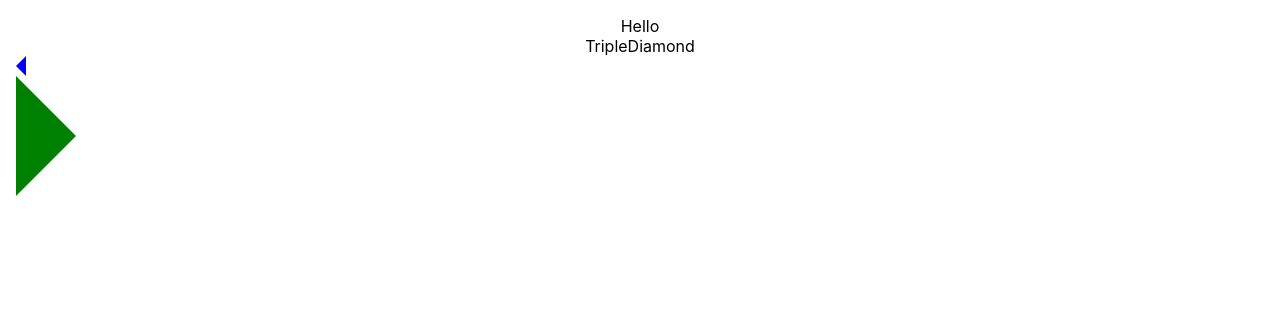
Repository: YingCG/interaction-design
Page: /
The author's editor kept a copy of each file at every save. The page is drawn from the files as they stood at one save, then again after the next save.
The browser window is 1280 px wide. The pictures show the whole page.
The project was rebuilt for these pictures with package versions that can differ from the ones it lists, and the page was loaded fresh each time.

Above is the page before, as saved 2023-09-07 10:07:54.

After the next save:
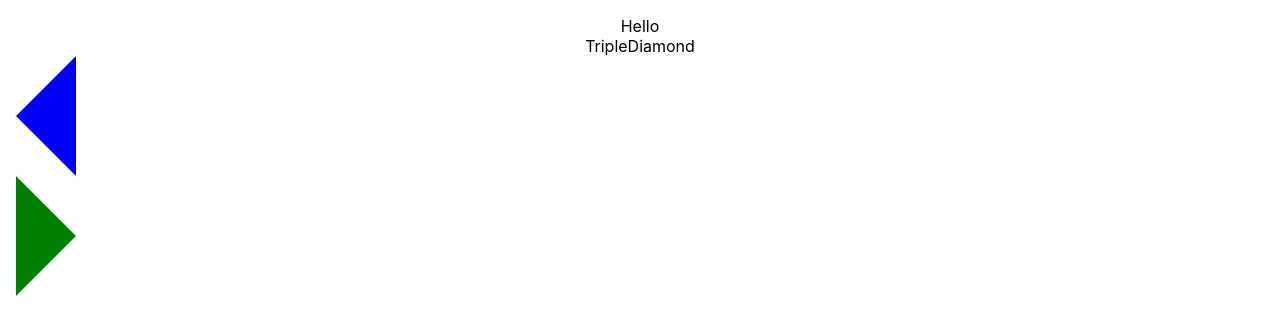
Saved 22 s later.
--- a/src/App.css
+++ b/src/App.css
@@ -15,8 +15,8 @@
 .arrow-left {
   width: 0;
   height: 0;
-  border-top: 10px solid transparent;
-  border-bottom: 10px solid transparent;
+  border-top: 60px solid transparent;
+  border-bottom: 60px solid transparent;
 
-  border-right: 10px solid blue;
+  border-right: 60px solid blue;
 }
